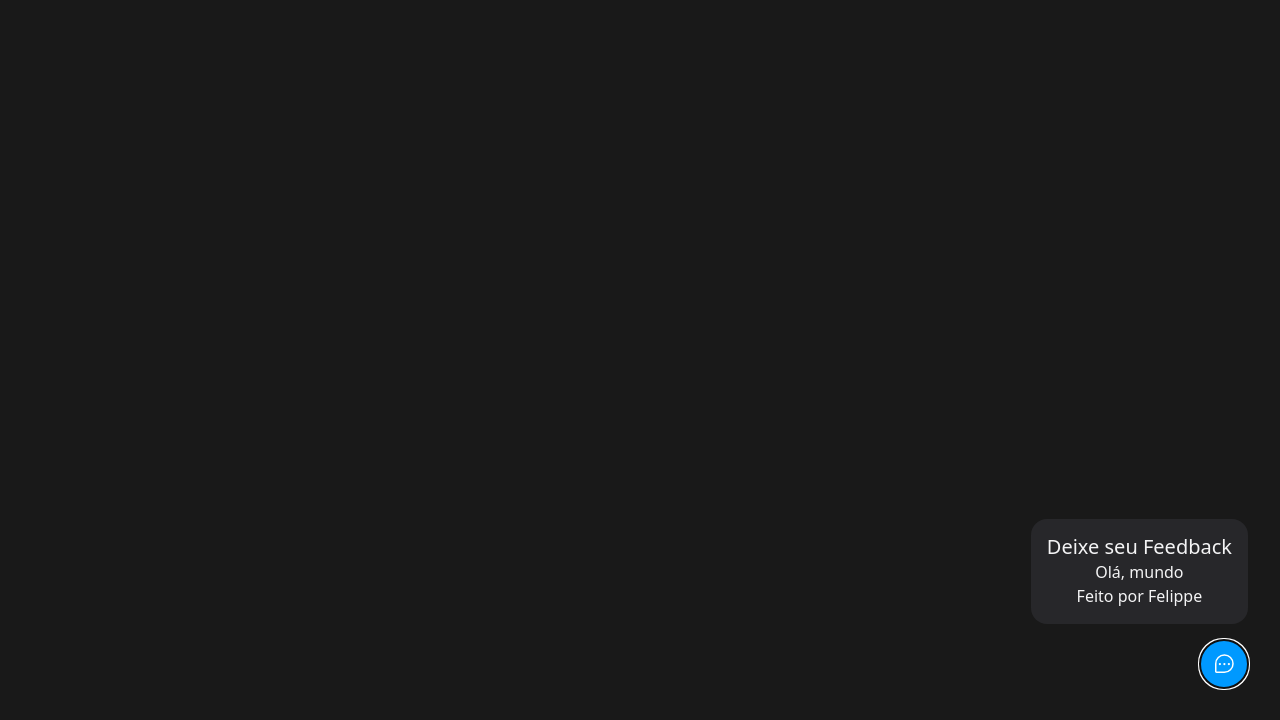
Repository: hochiminh1996/DW2A4
Page: / (app in Atividades/projeto-spa-2/web/), after clicking the first element matching `#headlessui-popover-button-\:ra\:`
These files come from the project's save history. The page is drawn as it stood at one moment and after the next save; the edit follows.
The browser window is 1280 px wide. The pictures show the whole page.
The project was rebuilt for these pictures with package versions that can differ from the ones it lists, and the page was loaded fresh each time. Also part of the build but not shown: Atividades/projeto-spa-2/web/vite.config.ts.

Above is the page before, as saved 2022-06-13 20:11:39.

### Atividades/projeto-spa-2/web/index.html
<!DOCTYPE html>
<html lang="en">
  <head>
    <meta charset="UTF-8" />
    <link rel="icon" type="image/svg+xml" href="/src/favicon.svg" />
    <meta name="viewport" content="width=device-width, initial-scale=1.0" />
    <title>Feedback</title>
  </head>
  <body>
    <div id="root"></div>
    <script type="module" src="/src/main.tsx"></script>
  </body>
</html>

### Atividades/projeto-spa-2/web/src/main.tsx
// ARQUIVO QUE IRÁ RENDERIZAR O CONTEÚDO NO HTML

import React from 'react'
import ReactDOM from 'react-dom/client'
import {App} from './App'
import "./global.css";

ReactDOM.createRoot(document.getElementById('root')!).render(
  <React.StrictMode>
    <App />
  </React.StrictMode>
)

### Atividades/projeto-spa-2/web/src/App.tsx
// PÁGINA QUE IRÁ CHAMAR TODOS OS COMPONENTES
import { Widget } from "./components/Widget";

export function App() {
  return <Widget />
}

### Atividades/projeto-spa-2/web/src/global.css
@tailwind base;
@tailwind components;
@tailwind utilities;

body{
    background-color: rgba(0, 0, 0, .9);
    @apply text-zinc-100;
}

### Atividades/projeto-spa-2/web/src/components/Widget.tsx
// COMPONENTE DA BOLINHA E CHAMADA DE OUTROS COMPONENTES

import { ChatTeardropDots } from 'phosphor-react'
import { Popover } from '@headlessui/react'; // para acessibilidade
import { WidgetForm } from './WidgetForm';

export function Widget() {
    return (
        //COMPONENTES

        <Popover className="absolute bottom-4 right-4 md:bottom-8 md:right-8 flex flex-col items-end">
            {/* COMPONENTE FORMULÁRIO  */}
            <Popover.Panel>
                <WidgetForm />
            </Popover.Panel>


            <Popover.Button className="bg-[#09f] rounded-full px-3 h-12 flex items-center group">
                {/* ICONE BOLINHA */}
                <ChatTeardropDots className="w-6 h-6 text-white" />

                {/* Visibilidade do texto feedback com propriedades de hover e overflow acionadas ao passar o mouse */}
                <span className="max-w-0 overflow-hidden group-hover:max-w-xs transition-all duration-500 ease-linear">
                    <span className="pl-2">Feedback</span>
                </span>
            </Popover.Button>

        </Popover>

    )
}

### Atividades/projeto-spa-2/web/src/components/WidgetForm.tsx
export function WidgetForm(){
    return (
        <div className="bg-zinc-800 p-4 relative rounded-2xl mb-4 flex flex-col items-center w-[calc(100vw-2rem)] md:w-auto">
            {/* ACIMA TEMOS UM USO INTERESSANTE DE LAYOUT RESPONSIVE */}

            {/* CONTEUDO DO FORM */}
            <header>
                <span className="text-xl leading-6">Deixe seu Feedback</span>
            </header>

            <p>
                Olá, mundo
            </p>

            {/* FOOTER DO DO FORM  */}
            <footer clas>
                <span>Feito por Felippe</span>
            </footer>
        </div>
    );
}

Loaded but not shown: Atividades/projeto-spa-2/web/tailwind.config.js (common file)

After the next save:
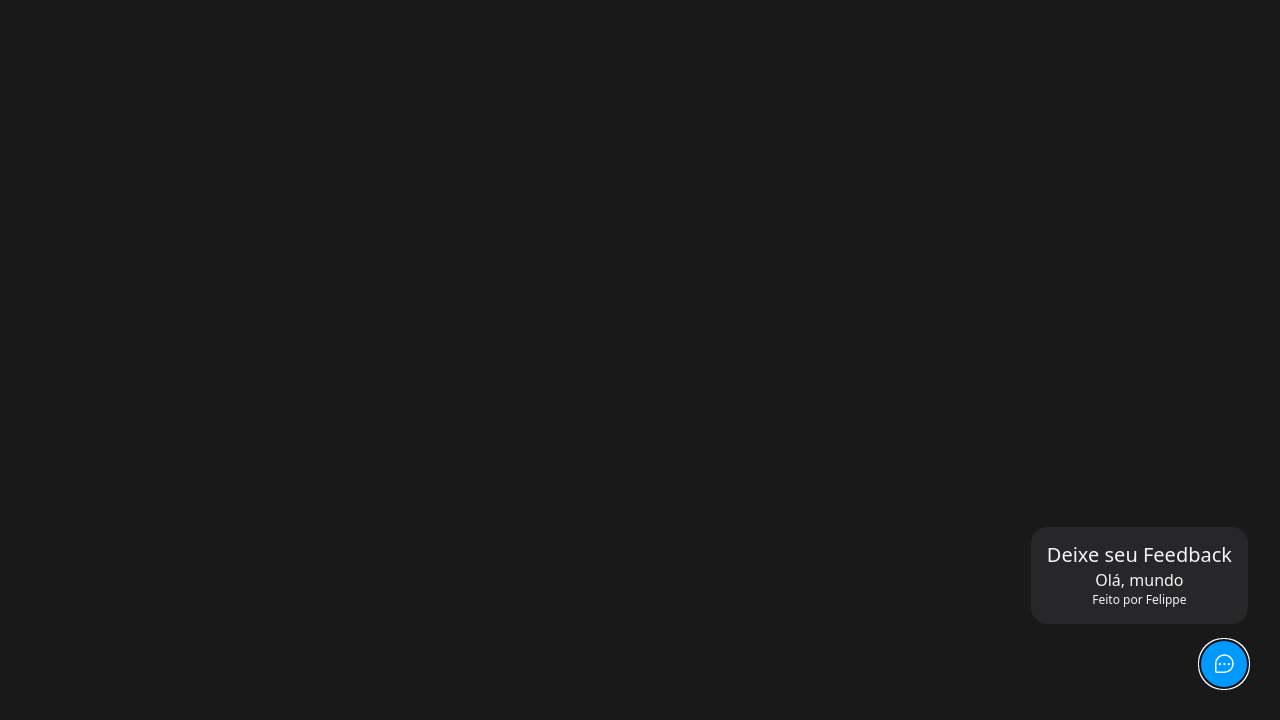
Saved 7 s later.
--- a/Atividades/projeto-spa-2/web/src/components/WidgetForm.tsx
+++ b/Atividades/projeto-spa-2/web/src/components/WidgetForm.tsx
@@ -13,7 +13,7 @@ export function WidgetForm(){
             </p>
 
             {/* FOOTER DO DO FORM  */}
-            <footer clas>
+            <footer className="text-xs">
                 <span>Feito por Felippe</span>
             </footer>
         </div>
